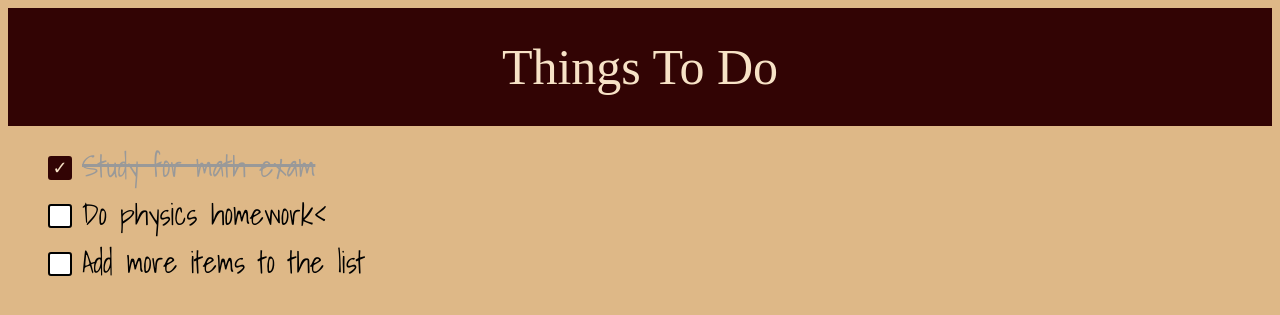
Repository: riya10483/pomodoro
Page: todo.html
An editor plug-in stored every save of this project. The page is shown before and after a run of saves, followed by the edit.
The browser window is 1280 px wide. The pictures show the whole page.
The first `input[type="checkbox"]` is checked.
Some web fonts or font styles are not loaded; a fallback is used.

Above is the page before, as saved 2024-09-28 21:32:36.

### todo.html
<!DOCTYPE html>
<html lang="en">
<head>
    <meta charset="UTF-8">
    <style>
        @import url('https://fonts.googleapis.com/css2?family=Rye&display=swap');
    </style>
    <style>
        @import url('https://fonts.googleapis.com/css2?family=Shadows+Into+Light&display=swap');
    </style>
    <style>
        @import url('https://fonts.googleapis.com/css2?family=Peralta&family=Rye&display=swap');
    </style>
    <meta name="viewport" content="width=device-width, initial-scale=1.0">
    <title>To Do List</title>
    <link rel="stylesheet" href="todo.css">
</head>
<body>
    <div id="header">Things To Do</div>
    <ul id="checklist">
        <li><input type="checkbox" id="item1" onclick="strikeThrough(this)"><label for="item1">Study for math exam</label></li>
        <li><input type="checkbox" id="item2" onclick="strikeThrough(this)"><label for="item2">Do physics homework<</label></li>
        <li><input type="checkbox" id="item3" onclick="strikeThrough(this)"><label for="item3">Add more items to the list</label></li>
    </ul>
</body>
<script src="functions.js"></script>
</html>

### todo.css
* {
    background-color:burlywood;
}
#header {
    color:rgb(247, 226, 198);
    padding: 30px;
    background-color:rgb(50, 4, 4);
    text-align: center;
    font-family: Rye;
    font-size: 50px;
}

li {
    font-size: 30px;
    font-family: "Shadows Into Light";
    list-style: none;
}

input {
    width: 30px;
    height: 30px;
    margin: 15px 30px;
}

.checked {
    text-decoration: line-through;
    color:rgb(176, 141, 94);
}

/* Hide the default checkbox */
input[type="checkbox"] {
    display: none;
}

/* Create a custom checkbox appearance */
input[type="checkbox"] + label:before {
    content: '';
    display: inline-block;
    width: 20px;
    height: 20px;
    margin-right: 10px;
    border: 2px solid #000;
    border-radius: 3px;
    background-color: white;
    vertical-align: middle;
}

/* Change appearance when checkbox is checked */
input[type="checkbox"]:checked + label:before {
    background-color: rgb(50, 4, 4);;
    border-color: rgb(50, 4, 4);;
    content: '✓';
    color: rgb(247, 226, 198);
    text-align: center;
    font-size: 18px;
    line-height: 20px;
}

/* Strike-through on label text when checkbox is checked */
input[type="checkbox"]:checked + label {
    text-decoration: line-through;
    color: #999;
}

### functions.js
let seconds = 300


// setInterval(function () {
//     seconds -= 1
//     let timerElement = document.getElementById("timer")
//     timerElement.innerHTML = seconds

// }, 1000);

function myFunction() {
    console.log("hello")
}

function strikeThrough(checkbox) {
    if (checkbox.checked) {
        checkbox.parentElement.classList.add('checked');
    }
    else {
        checkbox.parentElement.classList.remove('checked');
    }
}

After the next 3 saves:
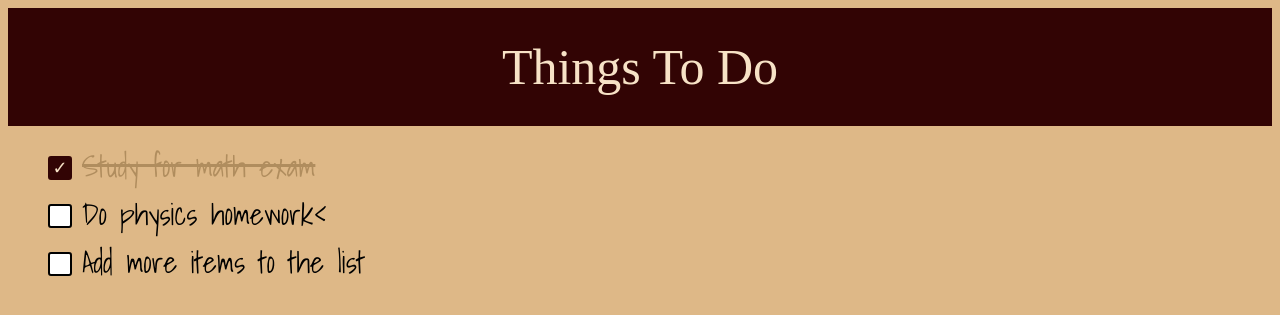
The 3 saves are shown as one change because they came seconds apart.
The last was saved 35 s later.
--- a/todo.css
+++ b/todo.css
@@ -59,5 +59,5 @@ input[type="checkbox"]:checked + label:before {
 /* Strike-through on label text when checkbox is checked */
 input[type="checkbox"]:checked + label {
     text-decoration: line-through;
-    color: #999;
+    color: rgb(176, 141, 94);
 }
